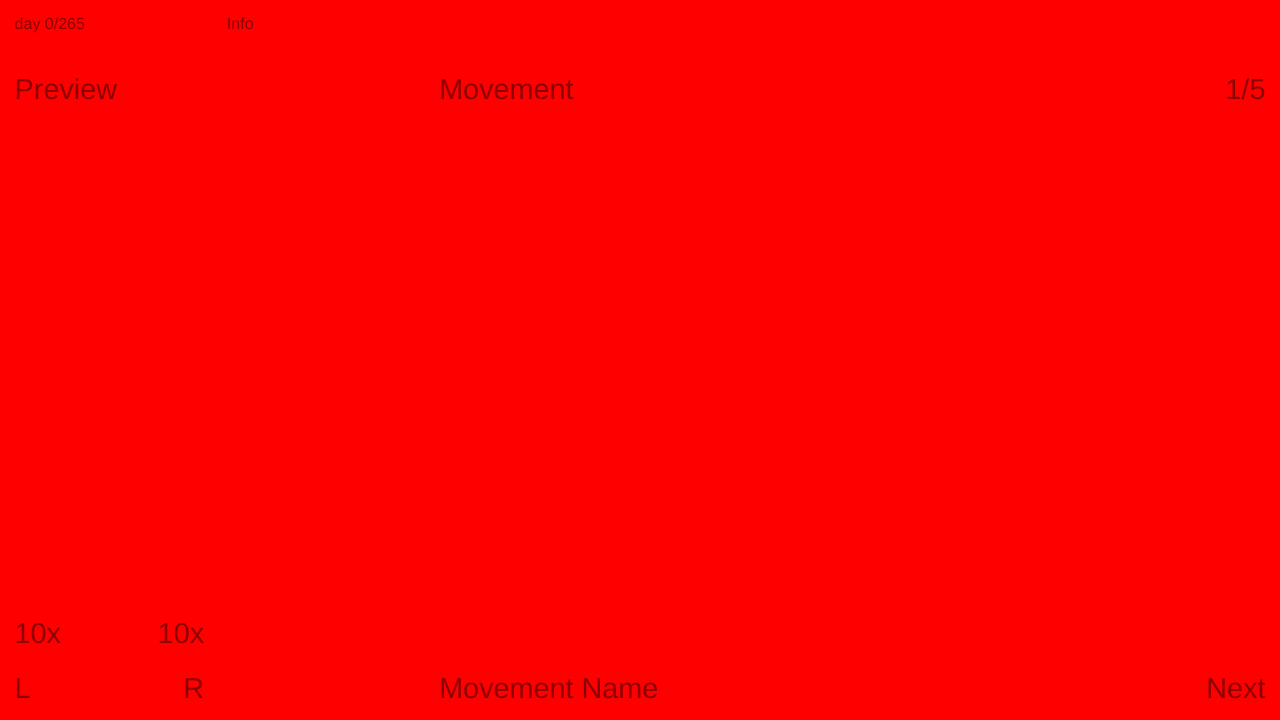
Repository: NoIdeasStudio/holiday-card-2024
Page: digit-al-exercises.html
The author's editor kept a copy of each file at every save. The page is drawn from the files as they stood at one save, then again after a run of saves.
The browser window is 1280 px wide. The pictures show the whole page.

Above is the page before, as saved 2024-12-04 13:24:50.

### digit-al-exercises.html
<!DOCTYPE html>
<html lang="en">
<head>
    <meta charset="UTF-8">
    <meta name="viewport" content="width=device-width, initial-scale=1.0">
    <title>digit-al exercises</title>
    <link rel="stylesheet" href="style.css">
</head>
<body>

    <div class="wrapper">
        <header class="small-text header-1">day 0/265</header>
        <header class="small-text header-2">Digit-al Exercises for the graphic designer</header>
        <header class="small-text header-3">Info</header>

        <content class="large-text content-header-1">Preview</content>
        <content class="large-text content-header-2">Movement</content>
        <content class="large-text content-header-3"><a href="http://"></a>1/5</content>

        <footer class="large-text content-footer-1">10x 10x</footer>
        <footer class="large-text content-footer-2">L R</footer>
        <footer class="large-text content-footer-3">Movement Name</footer>
        <footer class="large-text content-footer-4"><a href="http://">Next</a></footer>

      </div>

</body>
</html>

### style.css
* {
    box-sizing: border-box;
    background-color: #FF0000;
    color: #8D0000;
    margin: 0%;
    padding: 0%;
  }

  .wrapper {
    height: 100vh;
    width: 100vw;
    position: fixed;
    margin: 0 auto;
    display: grid;
    grid-template-columns: repeat(6, [col-start] 4fr);
    grid-template-rows: repeat(16, [row-start] 4fr);
    gap: .8rem;
    padding: .6rem;

  }

  .wrapper > * {
    padding: 5px;
  }

  .large-text{
    font: 1.8em Helvetica, arial, sans-serif;
  }
  .small-text{
    font: 1em Helvetica, arial, sans-serif;
  }
  a{
    text-decoration: none;
  }
  a:hover{
    text-decoration: underline dashed ;
    text-underline-offset: .15em;
  }
  .header-1{
    grid-column: col-start 1 / span 1;
    grid-row: 1 / 1;
  }
  .header-2{
    grid-column: col-start 2 / span 1;
    grid-row: 1 / 1;
  }
  .header-3{
    grid-column: col-start 2 / span 1;
    grid-row: 1 / 1;
  }

  .content-header-1{
    grid-column: col-start 1 / span 1;
    grid-row: 2 ;
  }
  .content-header-2{
    grid-column: col-start 3 / span 2;
    grid-row: 2 ;
  }
  .content-header-3{
    grid-column: col-start 5 / span 2;
    grid-row: 2 ;
    text-align: right;
  }

  .content-footer-1{
    grid-column: col-start 1 / span 1;
    grid-row: 15 ;
    text-align-last: justify;
    vertical-align: bottom;
  }
  .content-footer-2{
    grid-column: col-start 1 / span 1;
    grid-row: 16 ;
    text-align-last: justify;
    vertical-align: bottom;
  }
  .content-footer-3{
    grid-column: col-start 3 / span 2;
    grid-row: 16 ;
  }
  .content-footer-4{
    grid-column: col-start 5 / span 2;
    grid-row: 16 ;
    text-align: right;
  }



  @media (max-width: 1024px) {
    .wrapper {
        height: 100vh;
        width: 100vw;
        position: fixed;
        margin: 0 auto;
        display: grid;
        grid-template-columns: repeat(6, [col-start] 4fr);
        grid-template-rows: repeat(12, [row-start] 4fr);
        gap: .7rem;
        padding: .4rem;
  }

  .header-2{
    grid-column: col-start 2 / span 2;
    grid-row: 1 / 1;
  }
}
  @media (min-width: 2000px) {
    .wrapper {
        height: 100vh;
        width: 100vw;
        position: fixed;
        margin: 0 auto;
        display: grid;
        grid-template-columns: repeat(6, [col-start] 4fr);
        grid-template-rows: repeat(12, [row-start] 4fr);
        gap: 20px;
        padding: .6em;
    }

        .large-text{
            font: 3em Helvetica, arial, sans-serif;
          }
        .small-text{
            font: 1.7em Helvetica, arial, sans-serif;
          }


}

  /* @media (min-width: 700px) {
    .wrapper {
      grid-template-columns: 1fr 4fr 1fr;
      grid-template-areas:
        "header header  header"
        "nav    content sidebar"
        "nav    content ad"
        "footer footer  footer";
    }
    nav ul {
      flex-direction: column;
    }
  } */

After the next 5 saves:
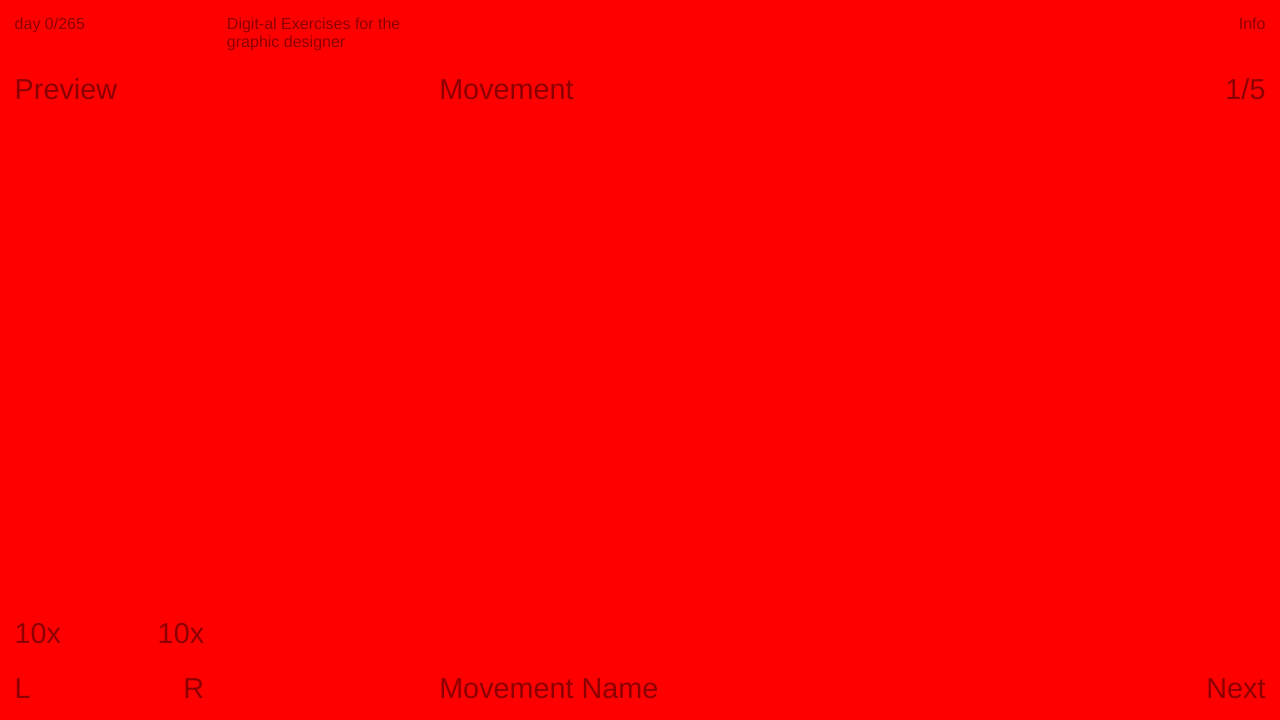
The 5 saves are shown as one change because they came seconds apart.
The last was saved 13 s later.
--- a/style.css
+++ b/style.css
@@ -45,8 +45,9 @@
     grid-row: 1 / 1;
   }
   .header-3{
-    grid-column: col-start 2 / span 1;
+    grid-column: col-start 6 / span 1;
     grid-row: 1 / 1;
+    text-align: right;
   }
 
   .content-header-1{
